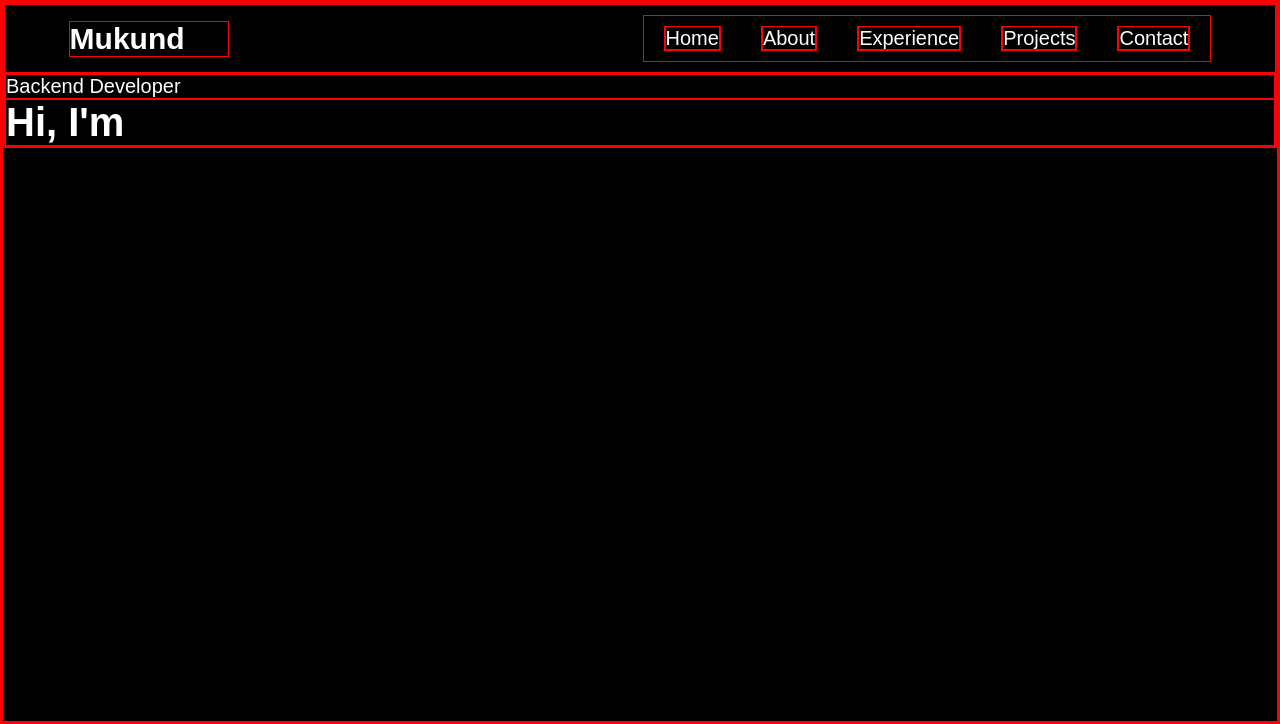
Repository: mukundgangurde/expense-tracker
Page: index.html
These files come from the project's save history. The page is drawn as it stood at one moment and after the next save; the edit follows.
The browser window is 1280 px wide. The pictures show the whole page.

Above is the page before, as saved 2025-11-02 17:51:32.

After the next save:
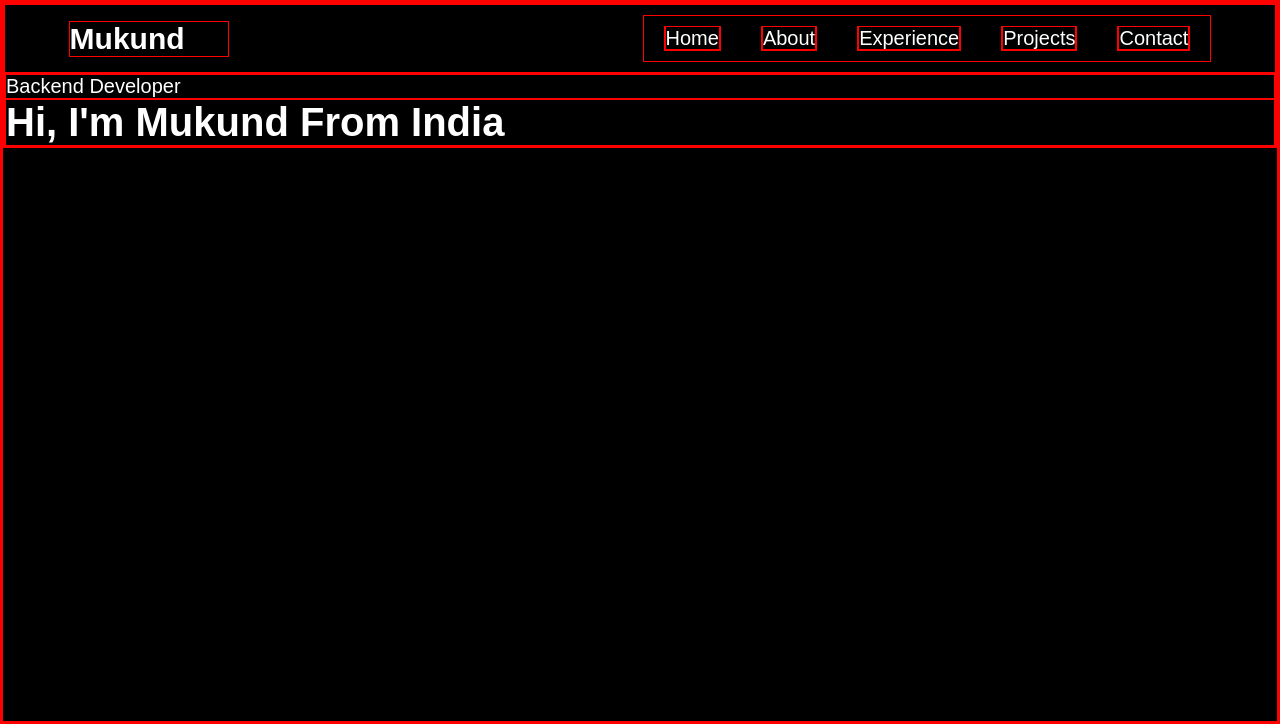
Saved 5 s later.
--- a/index.html
+++ b/index.html
@@ -26,7 +26,7 @@
 
       <div class="header-text">
         <p>Backend Developer</p>
-        <h1>Hi, I'm </h1>
+        <h1>Hi, I'm Mukund From India</h1>
       </div>
     </div>
   </div>
